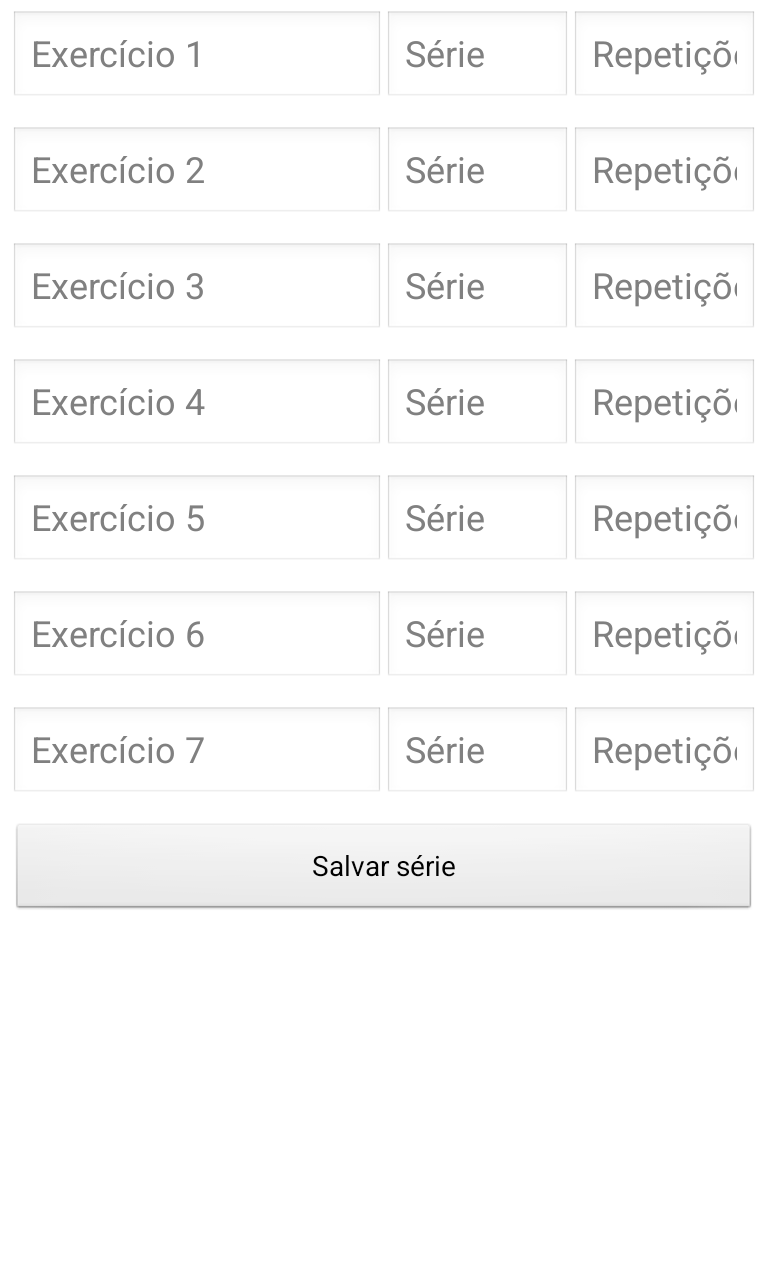
Repository: BrunoDeNadaiSarnaglia/Exame
Layout: Exame/res/layout/activity_nova_serie.xml
These files come from the project's save history. The layout is drawn as it stood at one moment and after the next save; the edit follows.
It is drawn on a 768 x 1280 px phone screen (xhdpi) without system bars, with theme AppTheme; the app's code is not run.

Above is the layout before, as saved 2013-07-09 20:22:31.

After the next save:
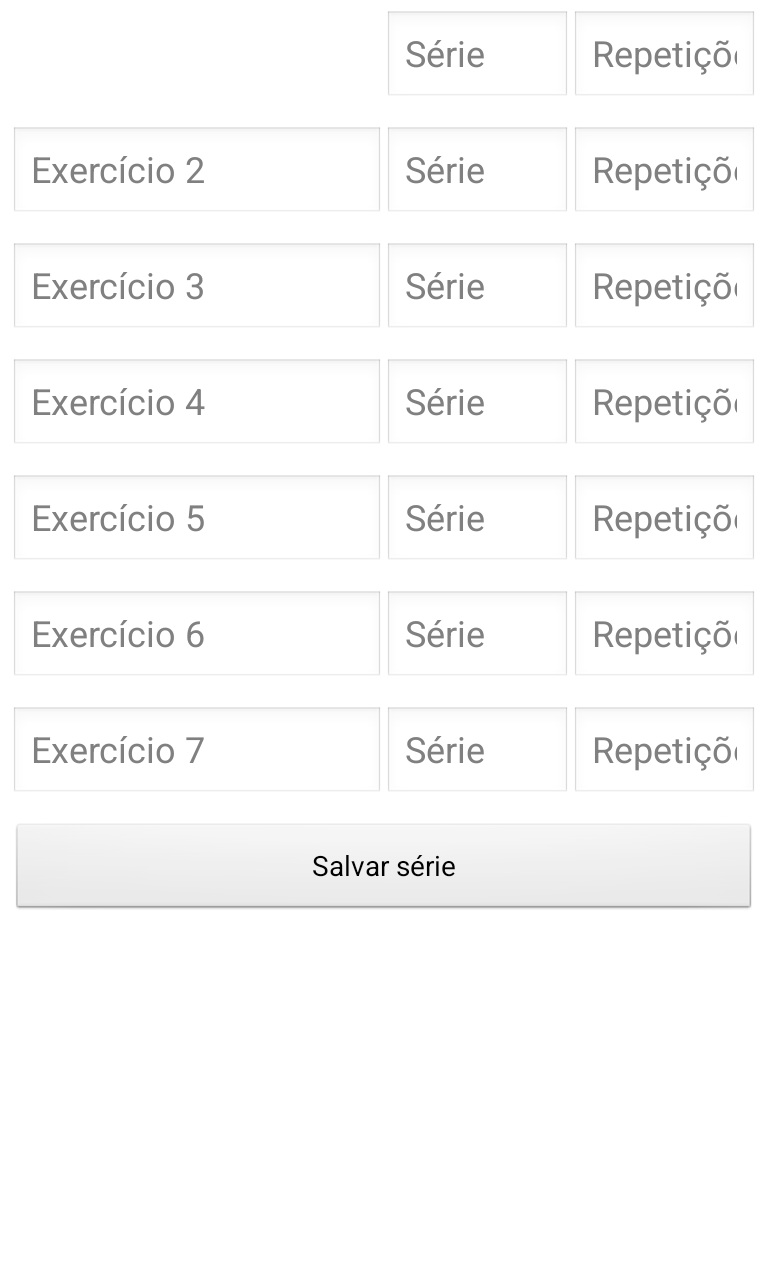
Saved 2 min 16 s later.
--- a/Exame/res/layout/activity_nova_serie.xml
+++ b/Exame/res/layout/activity_nova_serie.xml
@@ -14,7 +14,7 @@
         <EditText android:id="@+id/exercicio1"
         android:layout_weight="2"
         android:layout_width="0dp"
-        android:layout_height="wrap_content"
+        android:layout_height="0dp"
         android:hint="Exercício 1" />
 
         <EditText android:id="@+id/series1"
